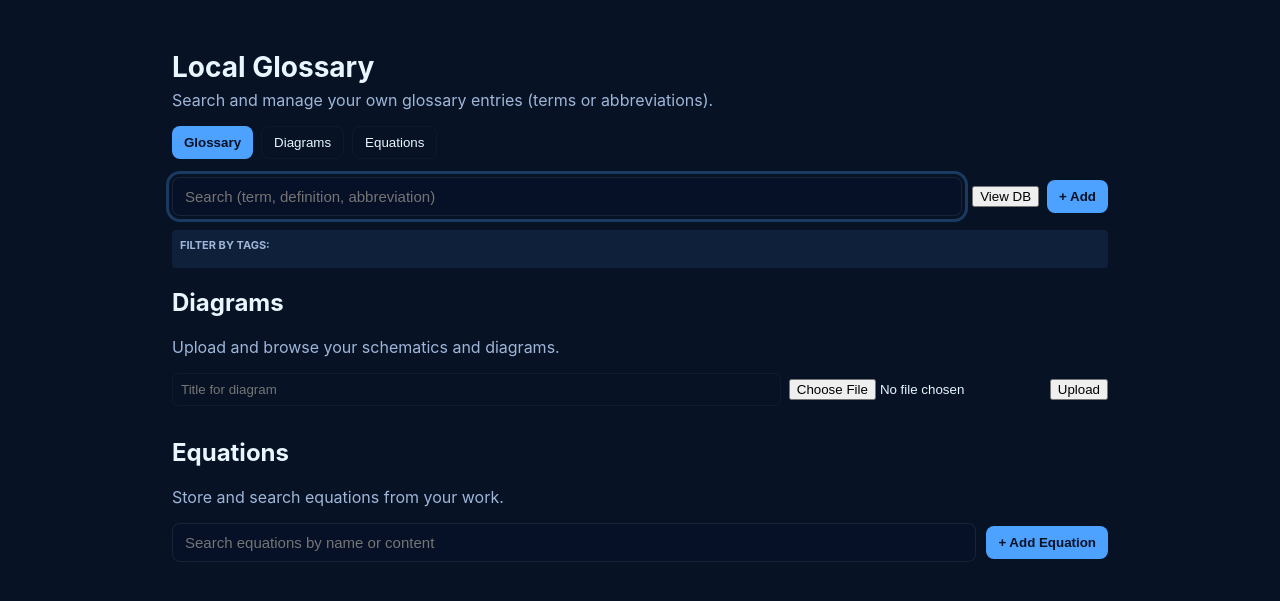
Repository: aldricprt/ecss-glossary
Page: web/index.html
The author's editor kept a copy of each file at every save. The page is drawn from the files as they stood at one save, then again after the next save.
The browser window is 1280 px wide. The pictures show the whole page.
The page's requests for data from a server got no answer.

Above is the page before, as saved 2026-01-15 21:37:53.

After the next save:
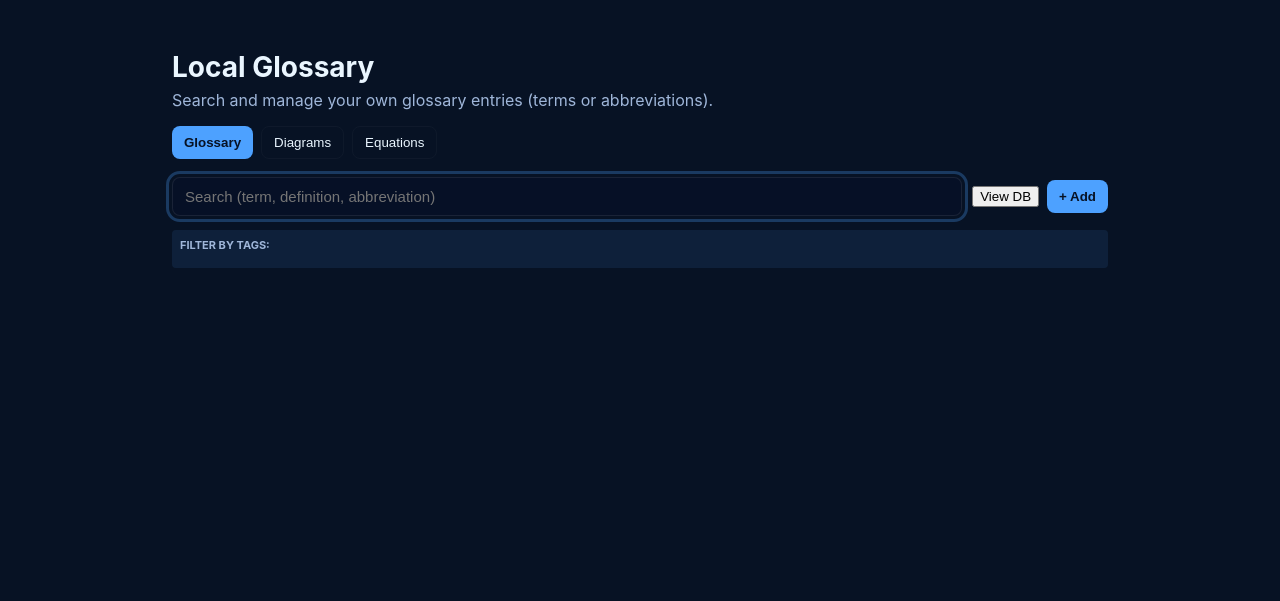
Saved 22 min 37 s later.
--- a/web/styles.css
+++ b/web/styles.css
@@ -35,6 +35,9 @@ small{font-size:12px;color:var(--muted)}
 
 /* Softer highlight for search matches */
 mark{background:rgba(77,161,255,0.20);color:var(--text);padding:0 2px;border-radius:4px;text-decoration:underline;text-decoration-color:rgba(77,161,255,0.8);text-decoration-thickness:2px}
+
+/* General hidden class */
+.hidden{display:none !important}
 
 /* Modal styles */
 .modal.hidden{display:none}
